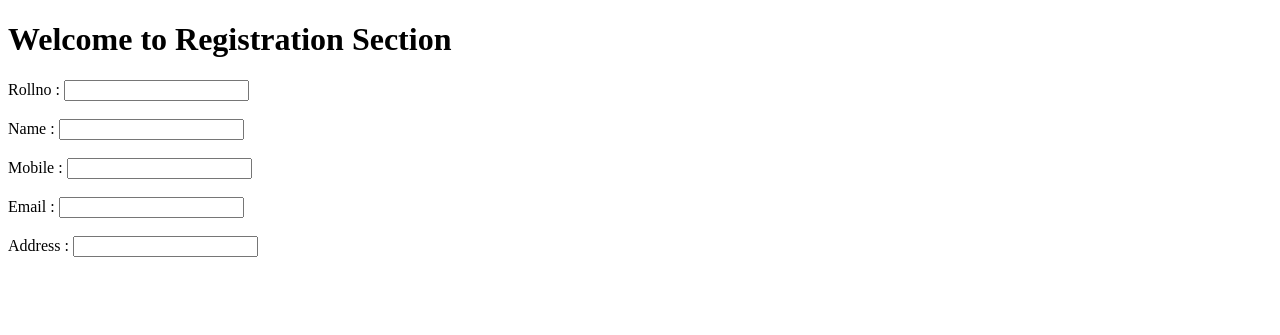
Repository: hitu-1995/reg14_spring_boot
Page: http://localhost/15-Spring-Boot-MVC-Project/register.jsp
These files come from the project's save history. The page is drawn as it stood at one moment and after the next save; the edit follows.
The browser window is 1280 px wide. The pictures show the whole page.
The page is served by Tomcat 9. Other server files are loaded and not shown.

Above is the page before, as saved 2024-02-16 11:05:24.

### 15-Spring-Boot-MVC-Project/src/main/webapp/register.jsp
<%@ page language="java" contentType="text/html; charset=ISO-8859-1"
    pageEncoding="ISO-8859-1"%>
<!DOCTYPE html>
<html>
<head>
<meta charset="ISO-8859-1">
<title>Insert title here</title>
</head>
<body>
   <h1>Welcome to Registration Section</h1>
    <div>
       <form action="reg">
          <label>Rollno : </label>
           <input type="text" name="rollno"><br><br>
          <label>Name : </label>
           <input type="text" name="name"><br><br>
           <label>Mobile : </label>
           <input type="text" name="mobile"><br><br>
           <label>Email : </label>
           <input type="text" name="email"><br><br>
           <label>Address : </label>
           <input type="text" name="address"><br><br>

       </form>
    </div>
</body>
</html>

After the next save:
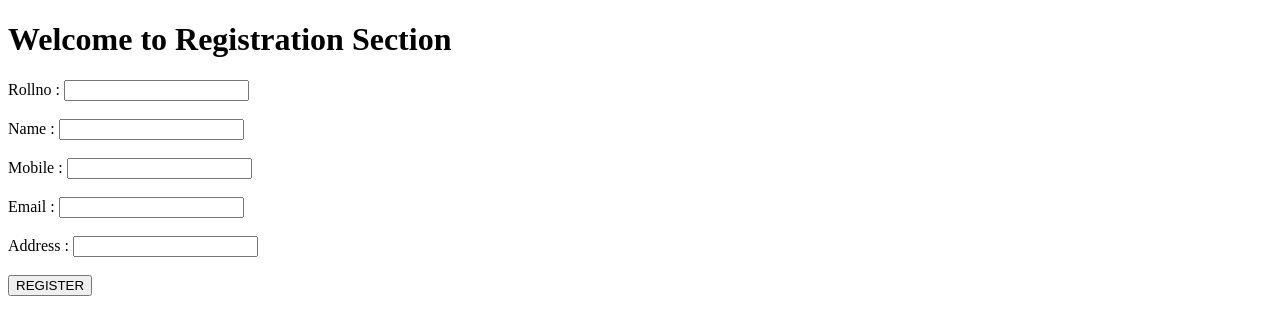
Saved 15 s later.
--- a/15-Spring-Boot-MVC-Project/src/main/webapp/register.jsp
+++ b/15-Spring-Boot-MVC-Project/src/main/webapp/register.jsp
@@ -20,7 +20,7 @@
            <input type="text" name="email"><br><br>
            <label>Address : </label>
            <input type="text" name="address"><br><br>
-
+            <input type="submit" value="REGISTER">
        </form>
     </div>
 </body>
